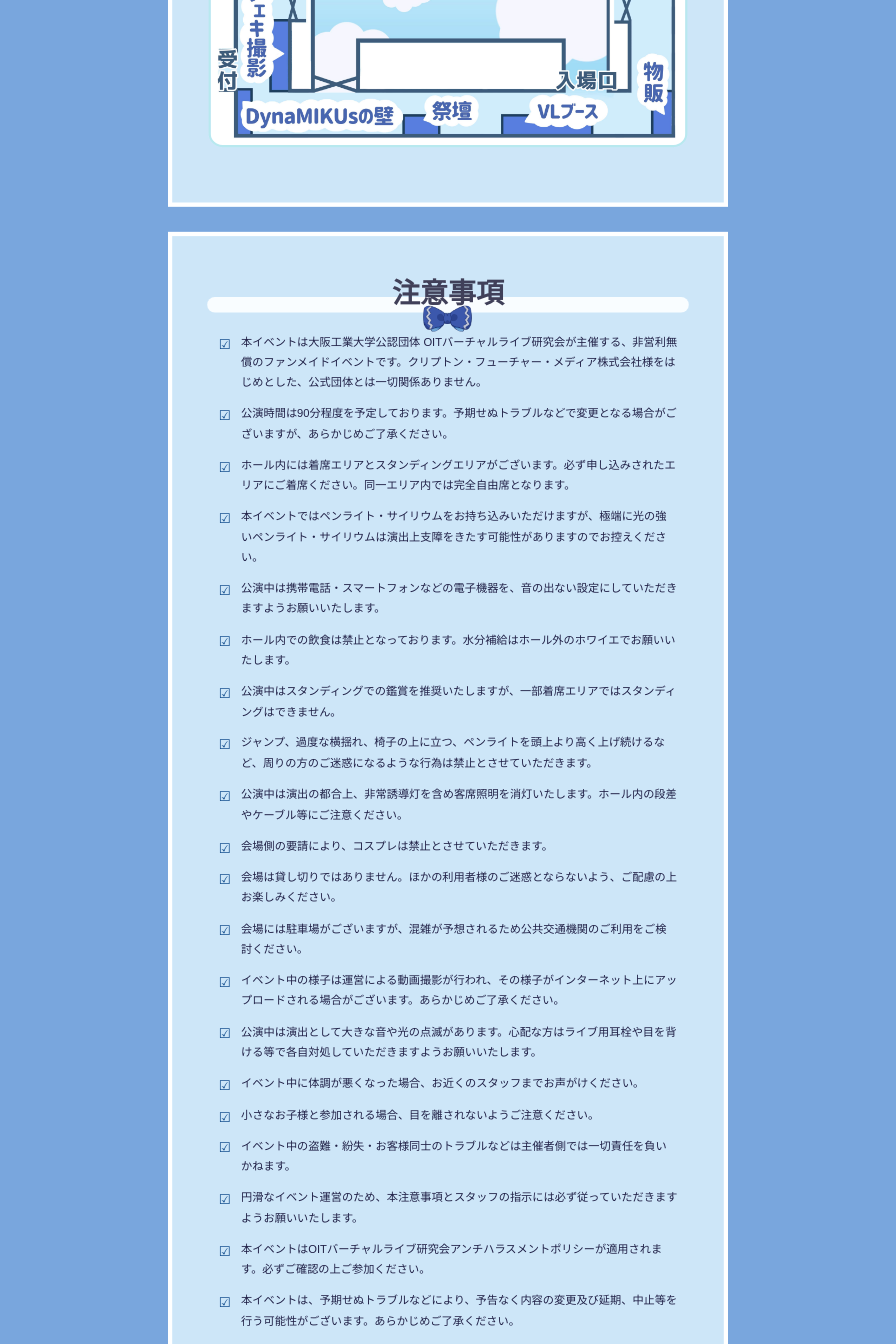
Repository: oitvl/oitvl.com
Page: dynamikus/2025/index.html
An editor plug-in stored every save of this project. The page is shown before and after the next save, followed by the edit.
The browser window is 1280 px wide. The pictures show the part of the page from y = 4116 to 6036 px (the page is 7561 px tall before and 7627 px after), at 70% of full size.
A picture or video elsewhere on the page could not be fetched, so the positions and the page height are approximate. Some web fonts or font styles are not loaded; a fallback is used.

Above is the page before, as saved 2025-09-21 00:05:27.

### dynamikus/2025/index.html
<!DOCTYPE html>
<html lang="ja">

    <head>
        <meta charset="UTF-8">
        <meta name="viewport" content="width=device-width, initial-scale=1.0">
        <title>DynaMIKUs</title>
        <link rel="stylesheet" type="text/css" href="index.css">
        <link rel="preconnect" href="https://fonts.googleapis.com">
        <link rel="preconnect" href="https://fonts.gstatic.com" crossorigin>
        <link href="https://fonts.googleapis.com/css2?family=M+PLUS+Rounded+1c&display=swap" rel="stylesheet">
        <link href="https://fonts.googleapis.com/css2?family=IBM+Plex+Sans+JP&family=M+PLUS+Rounded+1c&display=swap" rel="stylesheet">
    </head>

    <body>
        <div class="background">
            <img src="main_back.png">
        </div>

        <!-- ★★★ 画面に固定するUIの専用レイヤー ★★★ -->
        <div class="fixed-ui-layer">
            <div class="sns">
                <a href="https://x.com/oit_vlken" target="_blank" rel="noopener noreferrer">
                    <img src="X-Logo.png" alt="X Logo">
                </a>
                <a href="https://www.instagram.com/oit_vlken/" target="_blank" rel="noopener noreferrer">
                    <img src="Instagram-Logo.png" alt="Instagram Logo">
                </a>
                <a href="https://www.oitvl.com/" target="_blank" rel="noopener noreferrer" style="fill: white;">
                    <svg xmlns="http://www.w3.org/2000/svg" fill="currentColor" class="bi bi-house-fill" viewBox="0 0 16 16">
  <path d="M8.707 1.5a1 1 0 0 0-1.414 0L.646 8.146a.5.5 0 0 0 .708.708L8 2.207l6.646 6.647a.5.5 0 0 0 .708-.708L13 5.793V2.5a.5.5 0 0 0-.5-.5h-1a.5.5 0 0 0-.5.5v1.293z"/>
  <path d="m8 3.293 6 6V13.5a1.5 1.5 0 0 1-1.5 1.5h-9A1.5 1.5 0 0 1 2 13.5V9.293z"/>
</svg>
                </a>
            </div>

            <div class="popup">
                <ul>
                    <li><a href="#DynaMInfo">DynaMIKUsとは</a></li>
                    <li><a href="#liveInfo">ライブ情報</a></li>
                    <li><a href="#ticketSeat">チケット</a></li>
                    <li><a href="#seat">座席表</a></li>
                    <li><a href="#shop">物販</a></li>
                    <li><a href="#attention">注意事項</a></li>
                    <li><a href="#access">アクセス</a></li>
                </ul>
            </div>

        </div>

        <!-- ★★★ スクロールするコンテンツの専用レイヤー ★★★ -->
        <div class="hero-section">
            <div id="mainimg">
                <img src="main.png" alt="Main Visual">
            </div>

        </div>

        <div class="menu">
            <div id="logoObj">
                <label for="label1">
                    <div class="logo"></div>
                </label>
            </div>
            <input type="checkbox" id="label1" />
        </div>

        <div id="quickInfo">
            <p><strong>2025年9月23日（火・祝）</strong></p>
            <p>17:00開場 17:30開演</p>
            <p>高槻城公園芸術文化劇場 トリシマホール</p>
            <p>入場無料</p>
        </div>

        <div class="scroll-content-layer">
            <main class="content-wrapper">
                <section class="contents" id="DynaMInfo">
                    <h3>ライブテーマ</h3>
                    <div class="rectangle"><div class="ribbon"></div></div>
                    <br>
                    今回のテーマは
                    <div class="theme">『テストフライト！』</div>
                    <p>
                        「挑戦」って難しい<br>
                        「一歩」って遠い<br>
                        <br>
                        諦めかけた景色は<br>
                        ほんの少しのきっかけで<br>
                        すぐ目の前に広がるかもしれない<br>
                        <br>
                        ミクと一緒に飛び立とう<br>
                        まだ終わらない、あの夏の向こうへ！<br>
                    </p>
                    <br>
                    <h4>DynaMIKUsとは</h4>
                    <p>
                        OITバーチャルライブ研究会による<br>
                        初音ミクファンメイドライブプロジェクト『DynaMIKUs』<br>
                        <br>
                        ダイナミックなミクの姿を描けるように日々研究を重ねています。
                        <br>
                    </p>
                </section>

                <section class="contents" id="liveInfo">
                    <h3>タイムテーブル</h3>
                    <div class="rectangle"><div class="ribbon"></div></div>
                    <p>
                        15:00&emsp;企画展OPEN<br>
                        17:00&emsp;ライブ開場<br>
                        17:30&emsp;ライブ開演<br>
                        20:00&emsp;会場CLOSE
                    </p>
                </section>

                <section class="contents" id="ticketSeat">
                    <h3>チケット</h3>
                    <div class="rectangle"><div class="ribbon"></div></div>
                    <p>
                        チケットは2種類！<br>
                        着席エリアとスタンディングエリアから選べます<br>
                    </p>
                    <div id="ticket">
                        <div class="ticBlock">
                            <h3>着席</h3>
                            <img src="sitting.png" alt="着席エリアのイメージ">
                            <p>着席しながらライブをお楽しみいただけます（立ち上がっての観覧はできません）。</p>
                        </div>
                        <div class="ticBlock">
                            <h3>スタンディング</h3>
                            <img src="standing.png" alt="スタンディングエリアのイメージ">
                            <p>スタンディング推奨のエリアです（着席していただいてもかまいません）。</p>
                        </div>
                    </div>
                    <div class="seat">
                        <h4>座席配置</h4>
                        <img src="seat.png" alt="座席図">
                        <p>※申し込み状況により座席配置は変更となる場合がございます。</p>
                    </div>
                    <div class="ticket-info">
                        <div class="ticket-jump"><a href="https://t.livepocket.jp/e/dynamikus">チケットの事前申込はこちら！</a></div>
                        <div class="ticket-notion">※LivePocket（外部サイト）に遷移します</div>
                    </div>
                </section>

                <section class="contents" id="kikaku">
                    <h3>搭乗ロビー</h3>
                    <div class="rectangle"><div class="ribbon"></div></div>
                    <p class="coming-soon">
                        企画展『搭乗ロビー』同時開催決定！！<br>
                        <!-- --------2025/09/20更新------- -->
                        <ul>
                            <li>
                                <img src="DynaMIKUs_boothMap.jpg" alt="kaijou map">
                            </li>
                        </ul>
                        <!-- ---------------------------- -->
                    </p>
                </section>

                <!--
                <section class="contents" id="shop">
                    <h3>物販</h3>
                    <div class="rectangle"><div class="ribbon"></div></div>
                    <p class="coming-soon">―― Coming soon彡 ――</p>
                </section>
            -->

                <section class="contents" id="attention">
                    <h3>注意事項</h3>
                    <div class="rectangle"><div class="ribbon"></div></div>
                    <div class="notes-container">
                        <ul>
                            <li>本イベントは大阪工業大学公認団体 OITバーチャルライブ研究会が主催する、非営利無償のファンメイドイベントです。クリプトン・フューチャー・メディア株式会社様をはじめとした、公式団体とは一切関係ありません。</li>

                            <li>公演時間は90分程度を予定しております。予期せぬトラブルなどで変更となる場合がございますが、あらかじめご了承ください。</li>
                            <li>ホール内には着席エリアとスタンディングエリアがございます。必ず申し込みされたエリアにご着席ください。同一エリア内では完全自由席となります。</li>
                            <li>本イベントではペンライト・サイリウムをお持ち込みいただけますが、極端に光の強いペンライト・サイリウムは演出上支障をきたす可能性がありますのでお控えください。</li>
                            <li>公演中は携帯電話・スマートフォンなどの電子機器を、音の出ない設定にしていただきますようお願いいたします。</li>
                            <li>ホール内での飲食は禁止となっております。水分補給はホール外のホワイエでお願いいたします。</li>
                            <li>公演中はスタンディングでの鑑賞を推奨いたしますが、一部着席エリアではスタンディングはできません。</li>
                            <li>ジャンプ、過度な横揺れ、椅子の上に立つ、ペンライトを頭上より高く上げ続けるなど、周りの方のご迷惑になるような行為は禁止とさせていただきます。</li>
                            <li>公演中は演出の都合上、非常誘導灯を含め客席照明を消灯いたします。ホール内の段差やケーブル等にご注意ください。</li>

                            <li>会場側の要請により、コスプレは禁止とさせていただきます。</li>
                            <li>会場は貸し切りではありません。ほかの利用者様のご迷惑とならないよう、ご配慮の上お楽しみください。</li>
                            <li>会場には駐車場がございますが、混雑が予想されるため公共交通機関のご利用をご検討ください。</li>

                            <li>イベント中の様子は運営による動画撮影が行われ、その様子がインターネット上にアップロードされる場合がございます。あらかじめご了承ください。</li>
                            <li>公演中は演出として大きな音や光の点滅があります。心配な方はライブ用耳栓や目を背ける等で各自対処していただきますようお願いいたします。</li>
                            <li>イベント中に体調が悪くなった場合、お近くのスタッフまでお声がけください。</li>
                            <li>小さなお子様と参加される場合、目を離されないようご注意ください。</li>
                            <li>イベント中の盗難・紛失・お客様同士のトラブルなどは主催者側では一切責任を負いかねます。</li>
                            <li>円滑なイベント運営のため、本注意事項とスタッフの指示には必ず従っていただきますようお願いいたします。</li>
                            <li>本イベントはOITバーチャルライブ研究会アンチハラスメントポリシーが適用されます。必ずご確認の上ご参加ください。</li>

                            <li>本イベントは、予期せぬトラブルなどにより、予告なく内容の変更及び延期、中止等を行う可能性がございます。あらかじめご了承ください。</li>
                            <li>最新の情報はOITバーチャルライブ研究会公式Xをご確認ください。</li>
                            <li>生ネギの持ち込みはご遠慮ください。</li>
                        </ul>
                    </div>
                </section>

                <section class="contents" id="access">
                    <h3>アクセス</h3>
                    <div class="rectangle"><div class="ribbon"></div></div>
                    <p>阪急高槻市駅から徒歩約8分<br>
                        JR高槻駅から徒歩約13分<br><br>
                        高槻市営バス「阪急高槻駅」下車徒歩約8分<br>
                        京阪バス「阪急高槻」（京阪枚方発）下車徒歩約8分<br>
                    </p>
                    <div class="map">
                        <iframe
                            src="https://www.google.com/maps/embed?pb=!1m18!1m12!1m3!1d3274.476653848844!2d135.62123449999999!3d34.8442487!2m3!1f0!2f0!3f0!3m2!1i1024!2i768!4f13.1!3m3!1m2!1s0x60011d006a0f2821%3A0xec54a54e85d12ec0!2z44OI44Oq44K344Oe44Ob44O844Or!5e0!3m2!1sja!2sjp!4v1753082061045!5m2!1sja!2sjp"
                            allowfullscreen loading="lazy"
                            referrerpolicy="no-referrer-when-downgrade"></iframe>
                    </div>
                </section>
            </main>

        </div>
    </body>
    <footer>
        <h3>お問い合わせ</h3>
        <p><a href="https://docs.google.com/forms/d/1O2vwXvjGlmM7xU60nBuzxTgOYp0_djwD8fOec9hPNIA/">DynaMIKUs専用お問い合わせフォーム</a></p>
        <div id="QA">
            <p><a href="https://x.com/oit_vlken" target="_blank"
                    rel="noopener noreferrer">Twitter:@oit_vlken</a></p>
            <p><a href="https://www.instagram.com/oit_vlken/" target="_blank"
                    rel="noopener noreferrer">Instagram:oit_vlken</a></p>
            <p><a href="https://www.oitvl.com/" target="_blank"
                    rel="noopener noreferrer">OITVL HP</a></p>
        </div>
        <div><a
                href="https://www.oitvl.com/policy">アンチハラスメントポリシー/プライバシーポリシー</a></div>
        <ul class="license">
            <li>当団体が制作したコンテンツにはピアプロ・キャラクター・ライセンスに基づいて、クリプトン・フューチャー・メディア株式会社のキャラクター「初音ミク」を描いたものが含まれています。</li>
            <li>「初音ミク」はクリプトン・フューチャー・メディア株式会社の著作物です。</li>
            <li>©Crypton Future Media, INC. www.piapro.net</li><br>
            <li>当団体のイベントはピアプロ・キャラクター・ライセンスおよび著作権法第38条第1項（営利を目的としない上演等）、第20条（同一性保持権）に基づいて実施します。</li>
            <li>当団体は学生による大学公認の課外活動団体であり、所属大学およびクリプトン・フューチャー・メディア等が開催する公式のイベント・団体とは一切関係ありません。</li>
            <li>©2025 OITバーチャルライブ研究会</li>
        </ul>
    </footer>
</html>

### dynamikus/2025/index.css
@charset "UTF-8";
* {
  margin: 0;
  padding: 0;
  box-sizing: border-box;
}

html {
  scroll-behavior: smooth;
}

body {
  background-color: rgb(121, 166, 221);
  overflow-x: hidden;
  font-family: "IBM Plex Sans JP", sans-serif;
  color: #212147;
}

/* ---------背景------- */
.background {
  position: fixed;
  top: 0;
  left: 0;
  width: 100%;
  height: 100vh;
}

.background img{
  position: absolute;
  top: 0;
  left: 0;
  width: 100%;
  height: 100vh;
  object-fit: cover; /* 背景画像を画面全体にフィットさせる */
  z-index: -1; /* 背景画像を最背面に配置 */
}


/* ------固定UIレイヤー------*/
.fixed-ui-layer {
  position: fixed;
  top: 0;
  left: 0;
  width: 100%;
  height: 100vh;
  pointer-events: none; /* 下のコンテンツをクリックできるように */
  z-index: 100;
}

.menu,
.sns,
.popup,
#quickInfo {
  pointer-events: auto; /* UI要素はクリックできるように */
}

/* メニューとロゴ（画面に固定） */
.menu {
  position:absolute;
  top: 0;
  /*bottom: 4vh;*/
  left: 50%;
  transform: translateX(-50%);
  margin-top: 34vh;
  width: 80vw;
  height: 50vh;
  max-width: 500px;
  max-height: 500px;
  z-index: 20;;
}

#logoObj {

  width: 100%;
  height: 100%;
  cursor: pointer;
  /*
  animation: grow-progress linear;
  animation-timeline: scroll(root);
  */
  /* ★★★ スクロールアニメーションは削除 ★★★ */
}

.logo {
  margin: 0;
  width: 100%;
  height: 100%;
  /* background-image: url("DynaMIKUs-Logo-color.png"); */
  background-image: url("DynaMIKUs-Logo-color.svg");
  background-size: contain;
  background-repeat: no-repeat;
  background-position: center;
  animation: fuwafuwa 1.5s ease-in-out infinite alternate;

  /* transition: transform 0.3s ease; */
}

.logo:hover {
  transform: scale(1.1);
}
@keyframes grow-progress {
    0% {
        transform: translate(0,0);
    }
    6%{
        transform: translate(0,0);
    }
    10% {
        transform: translate(30vw,0);
    }
    100%{
        transform: translate(30vw,0);
    }
}

.logo p{
    position: relative;top:2vh;
    margin-left: 40%;
    font-size: 18px;
    color: aliceblue;
    animation: fuwafuwa 1.5s ease-in-out infinite alternate;
}
@keyframes fuwafuwa {
  0% {
    transform:translate(0, 0);
  }
  50% {
    transform:translate(0, -1.5vh);
  }
  100% {
    transform:translate(0, 0);
  }
}

.menu input {
  display: none;
}

.menu input:checked + .popup {
  transform: translateX(-50%) scale(1);
  opacity: 1;
}

.popup {
  padding: 10px;
  /* .menu input:checked + .popupの場所と同じにすると同じ場所からpopupが出て戻る */
  position: absolute;
  top: -60vh;

  transform: scale(0);
  overflow: hidden;
  width: 20vw;
  min-width: 270px;
  opacity: 0;
  transition: 0.2s;

  margin: 10vw;
  display: block;

  border-top-width: 5px;
  border-bottom-width: 5px;
  border-top-style: double;
  border-bottom-style: double;
  border-color: rgb(17, 76, 140);

  border-radius: 3px;

  background-color: rgba(238, 238, 238, 0.712);
  /* position: absolute;
  bottom: 110%;
  left: 50%;
  transform: translateX(-50%) scale(0);
  transform-origin: bottom center;
  width: 280px;
  opacity: 0;
  transition: transform 0.3s ease, opacity 0.3s ease;
  padding: 15px;
  border-radius: 8px;
  background-color: rgba(250, 250, 250, 0.9);
  backdrop-filter: blur(5px);
  border: 2px double rgb(17, 76, 140); */
}

.popup ul {
  padding-left: 0;
  list-style: none;
}
.popup li {
  font-size: 22px;
  line-height: 2;
  text-align: center;
  font-family: "M PLUS Rounded 1c", sans-serif;
  position: relative;
  border-bottom: 1px dashed rgb(248, 248, 248);
}
.popup li::before {
    content: "";
    display: block;
    justify-content:center;
    width: 1rem;
    height: 0.5rem;

    border-left: 2px solid rgb(248, 248, 248);
    border-bottom: 2px solid rgb(248, 248, 248);
    transform: rotate(-45deg);
    position: absolute;top:0.7em;left: 0.7em;
}
.popup a {
  color: #1d1d24;
  text-decoration: none;
  display: block;
  transition: color 0.2s;
}
.popup a:hover {
  color: rgb(62, 147, 220);
}
.c-checkbox input[type="checkbox"] {
  display: none;
}

/* input要素の代替（外側）：チェック後 */
.c-checkbox input[type="checkbox"]:checked + .c-checkbox__input::before {
  background-color: #fcfcfc;
  border-radius: 4px;
}

/* input要素の代替（内側）：チェック後 */
.c-checkbox input[type="checkbox"]:checked + .c-checkbox__input::after {
  width: 10px;
  height: 10px;
  background-color: gray;
  border-radius: 50%;
  top: 5px;
  left: 5px;
}

/* SNSアイコン（画面に固定） */
.sns {
  position: absolute;
  top: 20px;
  left: 20px;
  display: flex;
  flex-direction: column;
  gap: 15px;
}
.sns a {
  padding: 8px;
  background-color: rgba(35, 29, 35, 0.4);
  border-radius: 5px;
  color: #ffffff;
  text-decoration: none;
  transition: background-color 0.3s;
}
.sns a:hover {
  background-color: rgba(35, 29, 35, 0.7);
}
.sns img {
  width: 35px;
  height: 35px;
  display: block;
}

/* --------------------- */
/* ------スクロールコンテンツレイヤー------*/
.scroll-content-layer {
  position: relative;
  z-index: 1; /* 固定レイヤーより下にする */
}

.hero-section {
  width: 100vw;
  height: 100vh;
  position: relative;
  padding-top: 30px;
  padding-bottom: 100px;
  top: 0;
  /* overflow: hidden; ★重要：アニメーションのはみ出しを隠す */
}

/*#hide {
  position: absolute;
  top: 0;
  width: 100%;
  height: 100%;
  z-index: 2;
}*/

/*#mainimg{
  width : 100%;
  height: 100%;
}*/

#mainimg {
  position: relative;
  top: 0;
  z-index: 1;
  height: 100%;
  animation: fadeIn1s 1.5s 1.5s forwards;
  opacity: 0;
  overflow: hidden;
  display: flex;
  justify-content: center;
}

#mainimg img{

  height: 100%;
}


@keyframes fadeIn1s {
  0% {
    transform: translate(-70%, 50%);
  }
  64% {
    transform: scale(3) translate(-10%, 27%);
  }
  100% {
    transform: scale(1) translate(0, 0);
    opacity: 1;
  }
}

#backimg img {
  position: absolute;
  top: 0;
  left: 0;
  right: 0;
  z-index: -1;
  background-repeat: no-repeat;
  background-size: 100%;
  width: 100vw;
  animation: fadeIn1s_backimg 3s forwards;
  opacity: 0;
}
@keyframes fadeIn1s_backimg {
  0% {
  }
  55% {
    transform: scale(1.2);
  }
  100% {
    transform: scale(1);
    opacity: 1;
  }
}

/* ライブ情報（画面に固定） */
#quickInfo {
  position: absolute;
  bottom: 60px;
  right: 3vw;
  text-align: right;
  font-family: "M PLUS Rounded 1c", sans-serif;
  color: #ffffff;
  /*font-size: min(2.1vw,22px);*/
  border: #fcfcfca8 solid 2px;
  border-radius: 10px;
  background-color: #2121475c;
  padding: 10px 20px;
  z-index: 20;
}

.content-wrapper {
  position: relative;
  z-index: 0;
}

.contents {
  font-size: 18px;
  padding: 50px 30px;
  width: 90%;
  max-width: 800px;
  margin: 0 auto 5vh auto;
  border: 6px solid rgb(255, 255, 255);
  text-align: center;
  background-color: rgba(227, 247, 255, 0.8);
}

/* (以下、.contents 内部や footer のスタイルは変更なし) */
/* ... */
.contents h3 {
  font-family: "M PLUS Rounded 1c", sans-serif;
  font-weight: 800;
  /* font-size: 40px; */
  color: #404059;
  margin-bottom: 20px;
  font-size: min(8vw, 40px);
  z-index: 2;
  position: relative;
}

.rectangle {
  top: -0.5em;
  /*z-index: -1;*/
  /*max-width: 22em;*/
  height: 1.2em;
  border-radius: 10em;
  background-color: rgb(249, 253, 255);
  margin: -35px 20Px 0 20px;
  position: relative;
}

.ribbon {
  top: 0.4em;
  background-image: url("リボン.png");
  width: 6em;
  height: 4em;
  background-size: contain;
  background-repeat: no-repeat;
  margin: -15px auto 15px auto;
  position: relative;
}

.contents p {
  width: 100%;
  text-align: center;
  margin: 20px 0;
  line-height: 1.8;
}

.theme {
  font-size: 26px;
  font-weight: 800;
  color: #ff8f45;
  font-family: "M PLUS Rounded 1c", sans-serif;
}

#ticket {
  width: 100%;
  display: flex;
  flex-wrap: wrap;
  justify-content: center;
  align-items: flex-start;
  gap: 30px;
  margin-top: 20px;
}
.ticBlock {
  width: 100%;
  max-width: 300px;
  color: #404059;
  font-family: "M PLUS Rounded 1c", sans-serif;
}
.ticBlock img {
  width: 100%;
  height: auto;
  object-fit: cover;
  border: 3px solid #b8e9ef;
  border-radius: 20px;
  margin-top: 10px;
}
.ticket-info {
  width: 100%;
  margin-top: 20px;

}
.ticket-jump a {
  text-decoration: none;
  color: #ff8f45;
  transition: color 0.2s;
  font-size: min(6vw,1.8rem);
  font-family: "M PLUS Rounded 1c", sans-serif;
  font-weight: 800;
}
.ticket-info a:hover {
  color: rgb(96, 255, 228);
}

.ticket-notion {
  font-size: 14px;
  margin-top: 10px;
  text-align: center;
}

/*--------2025/09/20更新-------*/
#setori img{
  width: 100%;
  height: auto;
  object-fit: cover;
  border: 3px solid #b8e9ef;
  border-radius: 20px;
  margin-top: 10px;
}

#kikaku ul{
  list-style: none;
}

#kikaku img{
  width: 100%;
  height: auto;
  object-fit: cover;
  border: 3px solid #b8e9ef;
  border-radius: 20px;
  margin-top: 10px;
}

#kikaku li{
  margin: 3%;
  font-size: min(8vw, 30px);
}

#kikaku li h3{
  margin-top: 10%;
}
/*------------------------*/

.map {
  width: 100%;
  aspect-ratio: 16 / 9;
  position: relative;
  margin-top: 20px;
  border: 3px solid #b8e9ef;
  border-radius: 10px;
  overflow: hidden;
}

.map iframe {
  position: absolute;
  top: 0;
  left: 0;
  width: 100%;
  height: 100%;
  border: none;
}

.seat img {
  position: relative;
  /**/
  width: 500px;
  max-width: 70vw;
  border: 3px solid #b8e9ef;
  border-radius: 20px;
  display: block;
  margin: 30px auto;
}

.notes-container {
  width: 90%;
  margin: 0 auto;
}
.notes-container ul {
  list-style: none;
  margin: 20px 0;
}
.notes-container li {
  text-align: left;
  position: relative;
  font-size: 16px;
  line-height: 1.8;
  padding-left: 2rem;
  margin-bottom: 1rem;
}
.notes-container li::before {
  content: "☑";
  display: block;
  position: absolute;
  top: 0;
  left: 0;
  color: rgb(17, 76, 140);
  font-size: 1.2rem;
}

footer {
  position: relative;
  z-index: 20; /*ロゴメニューより上にくるように*/
  text-align: center;
  background-color: rgb(249, 253, 255);
  padding: 50px 20px;
  font-family: "IBM Plex Sans JP", sans-serif;
  color: #313147;
}

footer h3 {
  font-family: "M PLUS Rounded 1c", sans-serif;
  font-weight: 800;
  font-size: 30px;
  color: #404059;
  margin-bottom: 20px;
}

#QA {
  display: flex;
  justify-content: center;
  align-items: center;
  flex-wrap: wrap;
  gap: 30px;
  margin-bottom: 20px;
}

#QA p,
footer > div {
  margin: 10px;
}

footer a {
  text-decoration: none;
  color: #313147;
  transition: color 0.2s;
}
footer a:hover {
  color: rgb(62, 147, 220);
}
.license {
  font-size: 12px;
  margin-top: 40px;
  max-width: 800px;
  margin-left: auto;
  margin-right: auto;
  line-height: 1.6;
  color: #555;
  list-style: none;
}
.license li {
  padding-left: 0;
}
.license li::before {
  content: none;
}

After the next save:
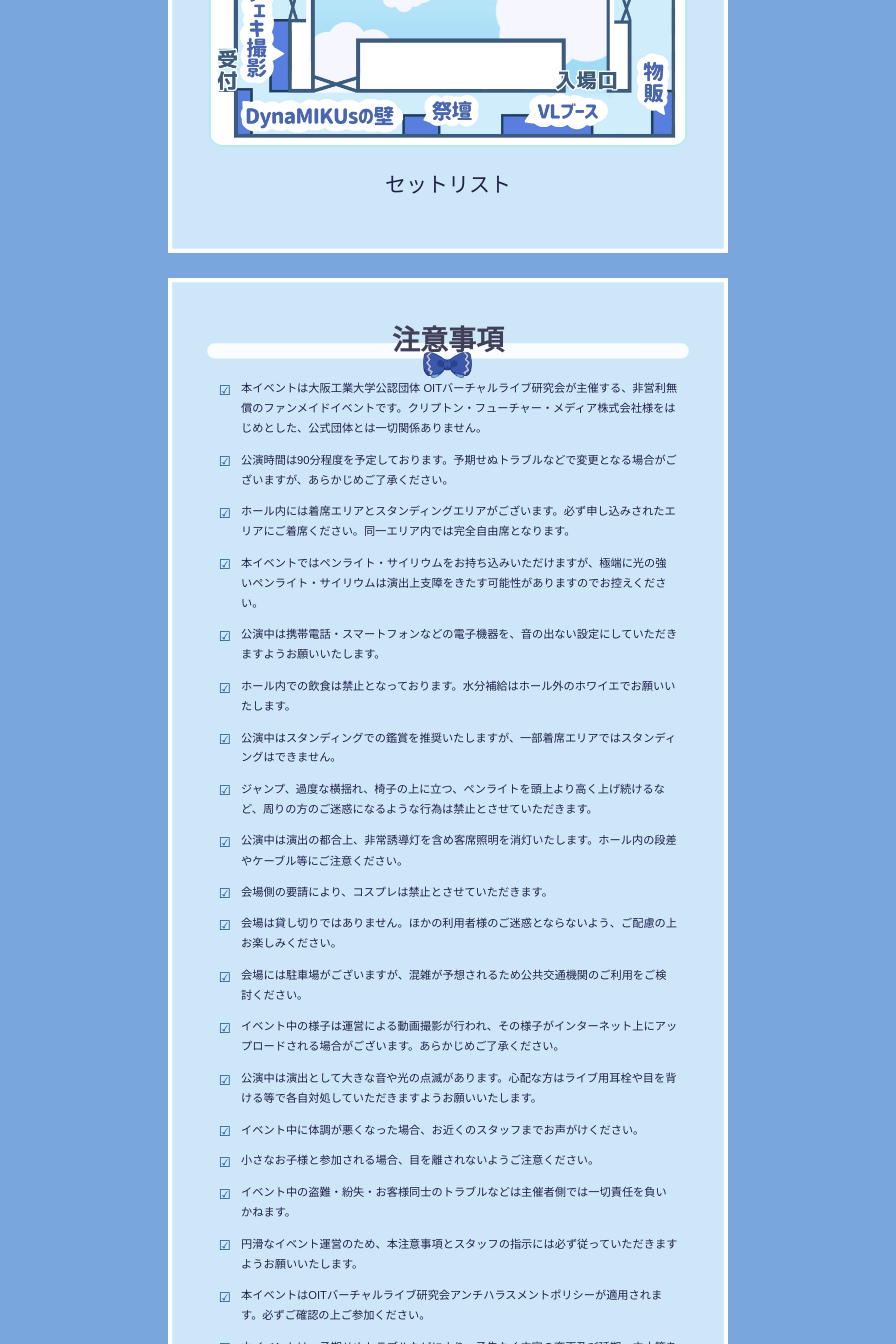
Saved 7 min 32 s later.
--- a/dynamikus/2025/index.html
+++ b/dynamikus/2025/index.html
@@ -153,6 +153,9 @@
                             <li>
                                 <img src="DynaMIKUs_boothMap.jpg" alt="kaijou map">
                             </li>
+                            <li>
+                                セットリスト
+                            </li>
                         </ul>
                         <!-- ---------------------------- -->
                     </p>
